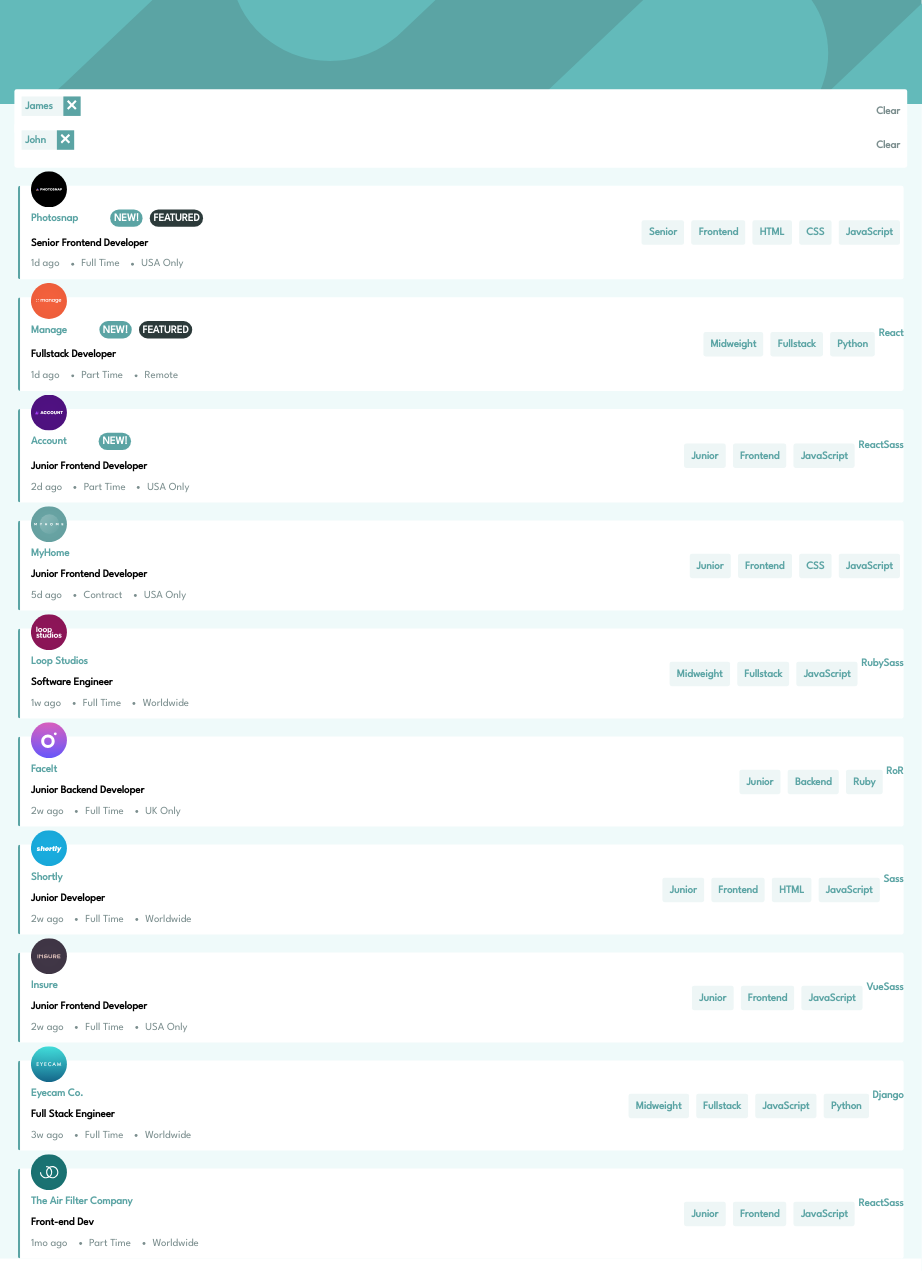
Repository: DevLaukey/job-listing
Page: /
The author's editor kept a copy of each file at every save. The page is drawn from the files as they stood at one save, then again after the next save.
The browser window is 1280 px wide. The pictures show the whole page, at 72% of full size.
Some web fonts or font styles are not loaded; a fallback is used. The project was rebuilt for these pictures with package versions that can differ from the ones it lists, and the page was loaded fresh each time.

Above is the page before, as saved 2022-06-03 12:38:57.

### src/App.js
import "./App.css";
import Filter from "./components/Filter";
import Header from "./components/Header";
import Tablet from "./components/Tablet";
import data from "./data.json";

function App() {
  const tablets = data.map((data) =>
  (<Tablet
    key={data.id}
    company={data.company}
    neew={data.new}
    featured={data.featured}
    position={data.position}
    role={data.role}
    level={data.level}
    postedAt={data.postedAt}
    contract={data.contract}
    location={data.location}
    languages={data.languages}
    tools={data.tools}
    logo={data.logo} />));


  return (
    <div className="App">
      <Header />
      <Filter />
      <div className="content">{tablets}</div>
    </div>
  );
}

export default App;

### src/App.css
@import url('https://fonts.googleapis.com/css2?family=Grape+Nuts&family=League+Spartan&display=swap');
*{
  margin: 0;
  padding: 0;
  box-sizing: border-box;
}
.App{
  background-color: hsl(180, 52%, 96%);
  font-size: 15px;
}

### src/components/Filter.js
import React, { useState } from "react";
function Filter() {
  const [people, setPeople] = useState([
    {
      name: "James",
      age: 31,
    },
    {
      name: "John",
      age: 45,
    },
    {
      name: "Paul",
      age: 65,
    },
    {
      name: "Ringo",
      age: 49,
    },
    {
      name: "George",
      age: 34,
    },
  ]);
  // setTheArray([...theArray, newElement]);

  const filtered = people
    .filter((name) => name.name.includes("J"))
    .map((filteredPerson) => (
      <div className="tablet filter">
        <div className="option">
          <p className="front-end">{filteredPerson.name}</p>
          <div
            className="icon"
            onClick={() => {
              filtered.shift(filteredPerson);
              console.log(people);
            }}
          >
            <svg xmlns="http://www.w3.org/2000/svg" width="14" height="14">
              <path
                fill="#FFF"
                fill-rule="evenodd"
                d="M11.314 0l2.121 2.121-4.596 4.596 4.596 4.597-2.121 2.121-4.597-4.596-4.596 4.596L0 11.314l4.596-4.597L0 2.121 2.121 0l4.596 4.596L11.314 0z"
              />
            </svg>
          </div>
        </div>

        <div className="clear">
          <p onClick={() => setPeople([])}>Clear</p>
        </div>
      </div>
    ));
  return <>{filtered}</>;
}

export default Filter;

### src/components/Header.js
import React from 'react'
import "./styles.css"

function Header() {
  return (
    <header className='header'></header>
  )
}

export default Header

### src/components/Tablet.js
import React, { useState } from "react";
import "./styles.css";

function Tablet({
  key,
  company,
  logo,
  neew,
  featured,
  position,
  role,
  level,
  postedAt,
  contract,
  location,
  languages,
  tools,
}) {
  return (
    <div className="tablet boarder">
      <div className="tablet_content">
        <img className="image" src={logo} alt="" />

        <div className="heading">
          <div className="company">
            <p>{company}</p>
          </div>
          <div>{neew && <p className="new">NEW!</p>}</div>
          <div>{featured && <p className="featured">FEATURED</p>}</div>
        </div>
        <div className="title">
          <p>{position}</p>
        </div>
        <div className="details">
          <p>{postedAt}</p>
          <ul className="list">
            <li>{contract}</li>
            <li className="country">{location}</li>
          </ul>
        </div>
        <hr className="line" />
      </div>
      <div className="tags">
        <p className="category">{level}</p>
        <p className="category">{role}</p>
        {languages.map((language) => (
          <p key={language} className="category" id="category">
            {language}
          </p>
        ))}
        {tools.map((tool) => (
          <p key={tool} className="tool" id="category">{tool}</p>
        ))}
      </div>
    </div>
  );
}

export default Tablet;

### src/components/styles.css
.header {
  background-image: url(../assets/bg-header-mobile.svg);
  padding: 10vh;
  background-color: hsl(180, 29%, 50%);
}
.tablet {
  background-color: white;
  margin: 25px 25px 20px 25px;
  font-family: "League Spartan", sans-serif;
  border-radius: 3px;
  font-weight: 700;
}
.boarder {
  border-left: 3px solid hsl(180, 29%, 50%);
}
.tablet_content {
  margin-left: 15px;
  margin-right: 25px;
  align-items: center;
}
.image {
  height: 50px;
  margin-top: -20px;
}
.heading {
  display: flex;
}
.company {
  color: hsl(180, 29%, 50%);
  margin-right: 3em;
  margin-top: 5px;
}
.new {
  background-color: hsl(180, 29%, 50%);
  padding: 5px;
  color: white;
  border-radius: 25px;
  margin-right: 10px;
}
.featured {
  background-color: hsl(180, 14%, 20%);
  padding: 5px;
  color: white;
  border-radius: 25px;
}
.title {
  margin-top: 15px;
}
.details {
  display: flex;
  color: hsl(180, 8%, 52%);
  font-weight: 400;
  margin-top: 15px;
  margin-bottom: 15px;
}
.list {
  display: flex;
  margin-left: 2em;
}
.country {
  margin-left: 2em;
}
.line {
  margin-bottom: 15px;
  color: gray;
}
.tags {
  color: hsl(180, 29%, 50%);
  display: flex;
  flex-wrap: wrap;
}
.category {
  background-color: hsl(180, 31%, 95%);
  padding: 10px;
  border-radius: 3px;
  margin: 5px;
}

.filter {
  display: flex;
  padding: 10px;
  border-radius: 3px;
  margin: -20px 20px 5px 20px;
  flex-wrap: wrap;
  justify-content: space-between;
}
.option {
    background-color: hsl(180, 31%, 95%);
  color: hsl(180, 29%, 50%);
  display: flex;
  align-items: center;
  width : fit-content;
  margin-bottom: 15px;
}
.front-end{
 padding: 5px;
}
.icon {
  margin-left: 10px;
 flex-grow: 1;
 height:100%;
 padding: 5px;
  background-color: hsl(180, 29%, 50%);
}
.clear{
      color: hsl(180, 8%, 52%);

}
/* media query */

@media screen and (min-width: 768px) {
  .header {
    background-image: url(../assets/bg-header-desktop.svg);
  }
  .line {
    display: none;
  }
  .tablet {
    display: flex;
    align-items: center;
    justify-content: space-between;
  }
}

Loaded but not shown: public/index.html (common file); src/index.js (common file); src/index.css (common file); src/reportWebVitals.js (common file); src/data.json (common file)

After the next save:
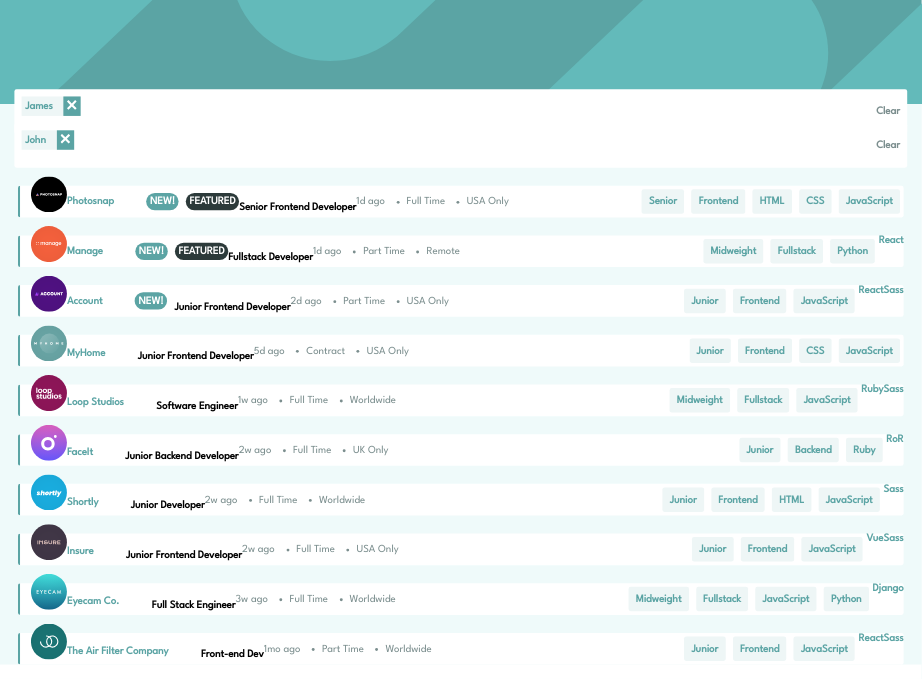
Saved 2 days later.
--- a/src/components/styles.css
+++ b/src/components/styles.css
@@ -120,4 +120,7 @@
     align-items: center;
     justify-content: space-between;
   }
+  .tablet_content{
+    display: flex;
+  }
 }

After the save that followed:
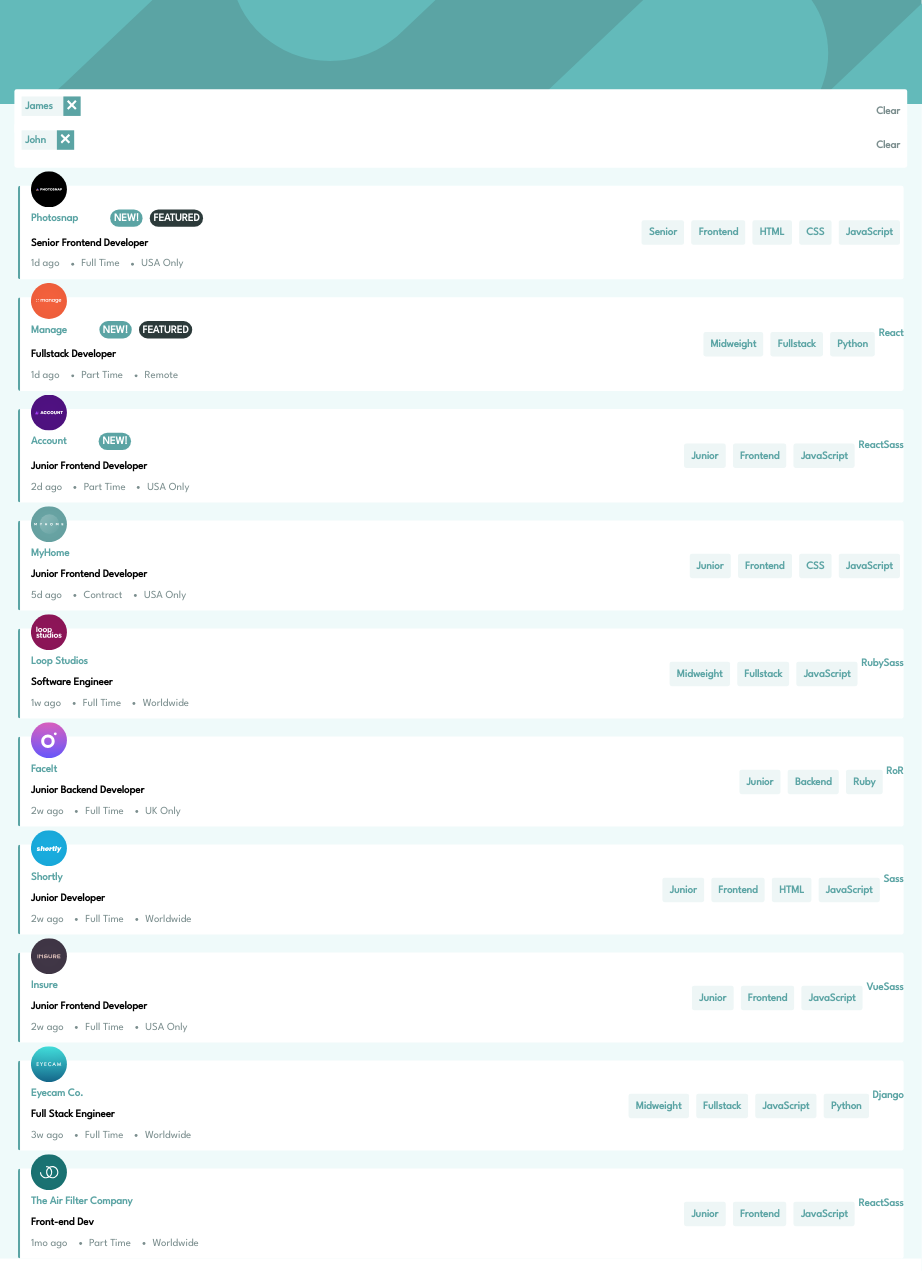
Saved 10 s later.
--- a/src/components/styles.css
+++ b/src/components/styles.css
@@ -120,7 +120,5 @@
     align-items: center;
     justify-content: space-between;
   }
-  .tablet_content{
-    display: flex;
-  }
+  .tablet_content{}
 }
